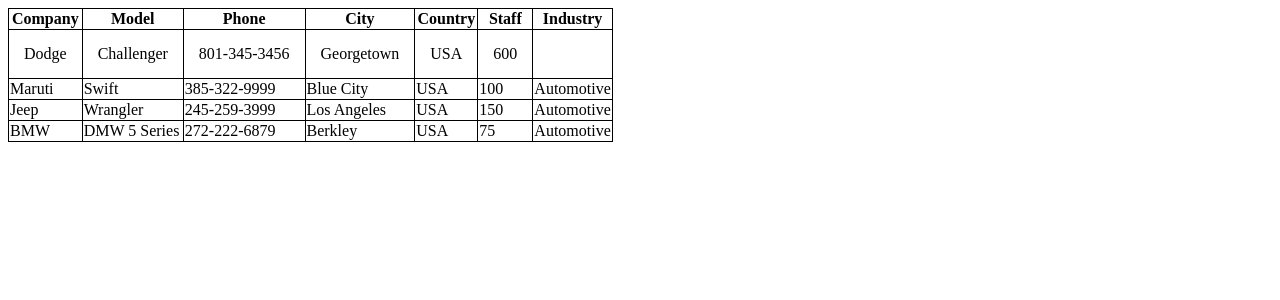
Repository: vgoins-RA2022/HTML-2
Page: index.html
These files come from the project's save history. The page is drawn as it stood at one moment and after a run of saves; the edit follows.
The browser window is 1280 px wide. The pictures show the whole page.

Above is the page before, as saved 2023-01-21 22:27:46.

### index.html
<!DOCTYPE html>
<html lang="en">

<head>
  <meta charset="UTF-8">
  <meta name="viewport" content="width=device-width, initial-scale=1">
  <link rel="stylesheet" href="../HTML-2/src/css/Style.css" type="text/css">
  <title>HTML Table Assignment 2</title>
</head>

<body>
  <!-- Build Table -->
  <table>
    <thead>
      <tr>
        <!-- Name colomn headings -->
        <th>Company</th>
        <th>Model</th>
        <th>Phone</th>
        <th>City</th>
        <th>Country</th>
        <th>Staff</th>
        <th>Industry</th>
      </tr>
    </thead>
    <tbody>
      <tr>
        <!--Beginning table data  -->
        <td class="table-cell-padding">Dodge</td>
        <td class="table-cell-padding">Challenger</td>
        <td class="table-cell-padding">801-345-3456</td>
        <td class="table-cell-padding">Georgetown</td>
        <td class="table-cell-padding">USA</td>
        <td class="table-cell-padding">600</td>
        <td class="table-cell-padding"><Audio></Audio></td>
      </tr>
       <tr>
        <td>Maruti</td>
        <td>Swift</td>
        <td>385-322-9999</td>
        <td>Blue City</td>
        <td>USA</td>
        <td>100</td>
        <td>Automotive</td>
      </tr><tr>
        <td>Jeep</td>
        <td>Wrangler</td>
        <td>245-259-3999</td>
        <td>Los Angeles</td>
        <td>USA</td>
        <td>150</td>
        <td>Automotive</td>
      </tr>
      <tr>
        <td>BMW</td>
        <td>DMW 5 Series</td>
        <td>272-222-6879</td>
        <td>Berkley</td>
        <td>USA</td>
        <td>75</td>
        <td>Automotive</td>
      </tr>
    </tbody>
    <!-- Ending table data -->
  </table>

 </body>

</html>

### src/css/Style.css

table, th, td {
  border: 1px solid black;
  border-collapse: collapse;
}

  .table-cell-padding {
    padding: 15px;
  }

After the next 3 saves:
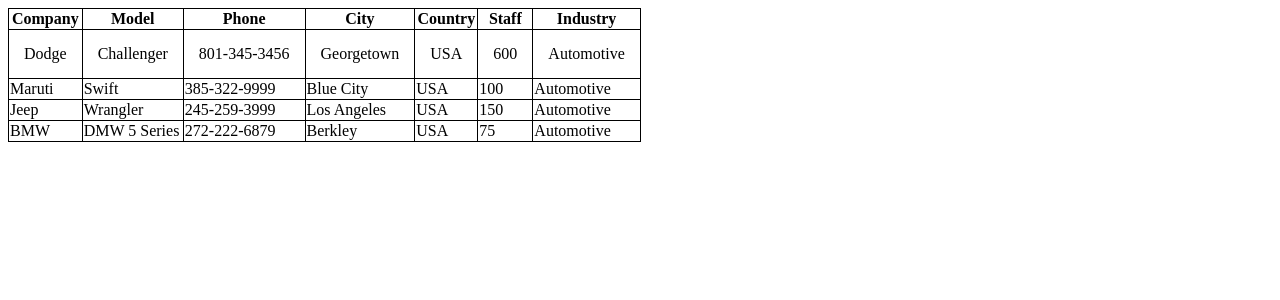
The 3 saves are shown as one change because they came seconds apart.
The last was saved 8 s later.
--- a/index.html
+++ b/index.html
@@ -32,7 +32,7 @@
         <td class="table-cell-padding">Georgetown</td>
         <td class="table-cell-padding">USA</td>
         <td class="table-cell-padding">600</td>
-        <td class="table-cell-padding"><Audio></Audio></td>
+        <td class="table-cell-padding">Automotive</td>
       </tr>
        <tr>
         <td>Maruti</td>
